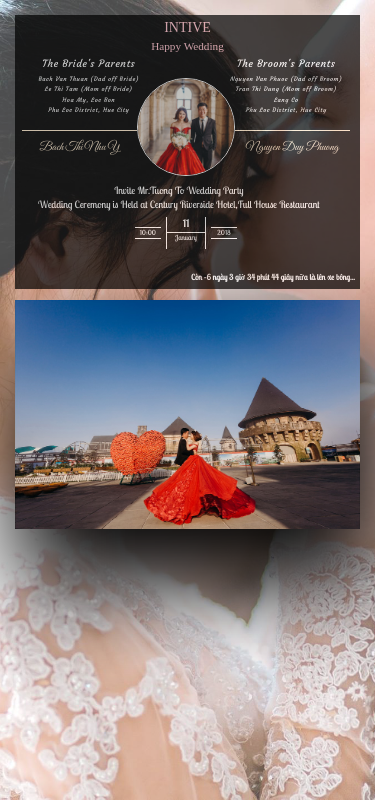
Repository: nguyenhuutuong999/WeddingOfSister
Page: wedding.html
An editor plug-in stored every save of this project. The page is shown before and after a run of saves, followed by the edit.
The browser window is 375 px wide. The pictures show the whole page.
Some web fonts or font styles are not loaded; a fallback is used.

Above is the page before, as saved 2019-09-16 21:18:40.

After the next 2 saves:
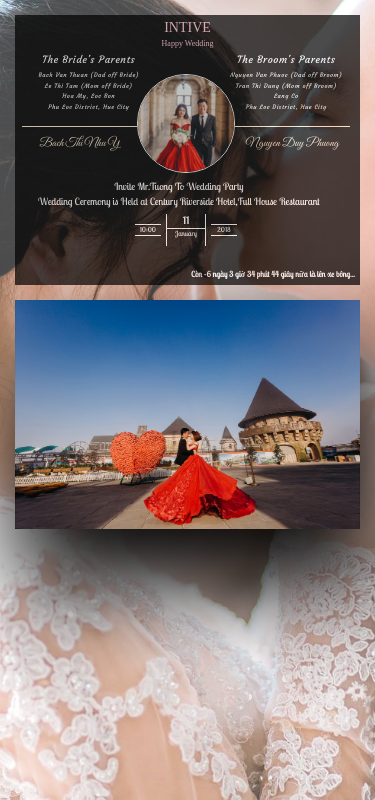
The 2 saves are shown as one change because they came seconds apart.
The last was saved 30 s later.
--- a/style.css
+++ b/style.css
@@ -196,7 +196,7 @@
         font-size: 1em;
     }
     #happy{
-        font-size: 0.8em;
+        font-size: 8px;
         margin-top: -10px;
     }
     #infor{

After the 2 saves that followed:
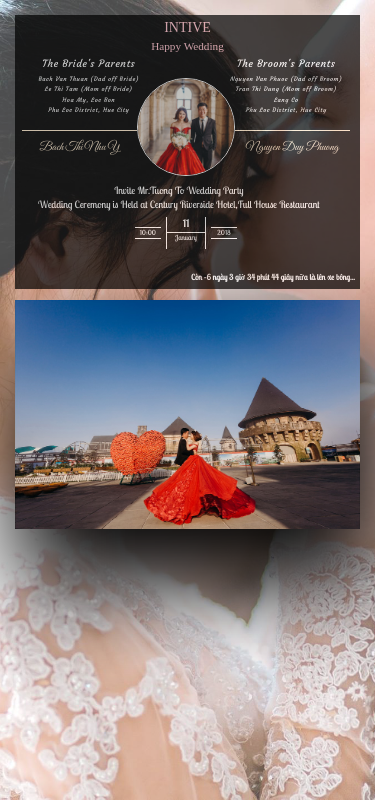
The 2 saves are shown as one change because they came seconds apart.
The last was saved 10 s later.
--- a/style.css
+++ b/style.css
@@ -196,7 +196,7 @@
         font-size: 1em;
     }
     #happy{
-        font-size: 8px;
+        font-size: 0.8em;
         margin-top: -10px;
     }
     #infor{
